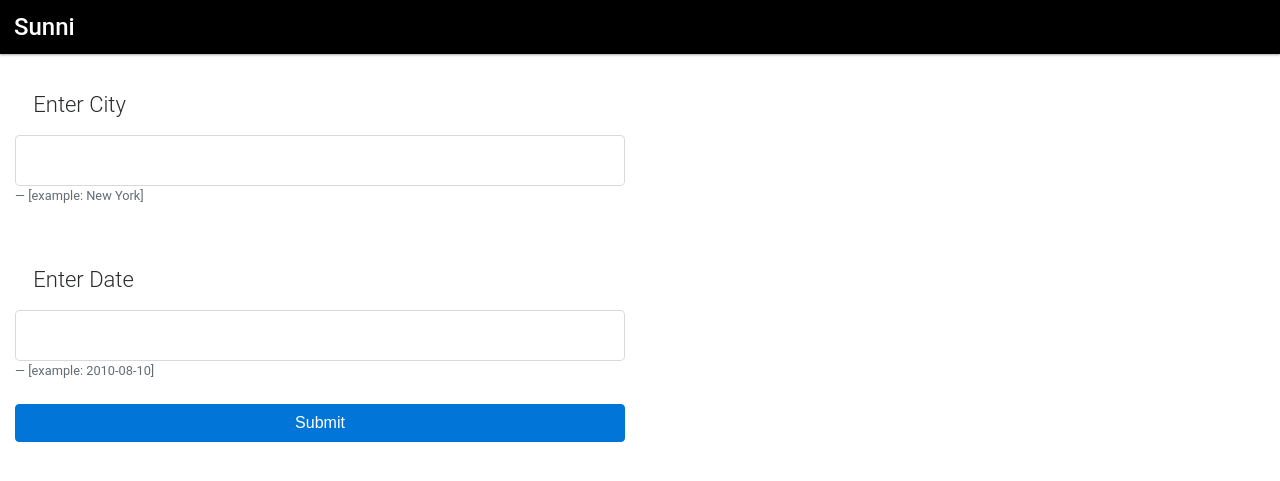
Repository: Oakga/Weather_app
Page: index.html
These files come from the project's save history. The page is drawn as it stood at one moment and after the next save; the edit follows.
The browser window is 1280 px wide. The pictures show the whole page.

Above is the page before, as saved 2017-09-22 06:23:02.
Console error: SyntaxError: Unexpected token 'const'

After the next save:
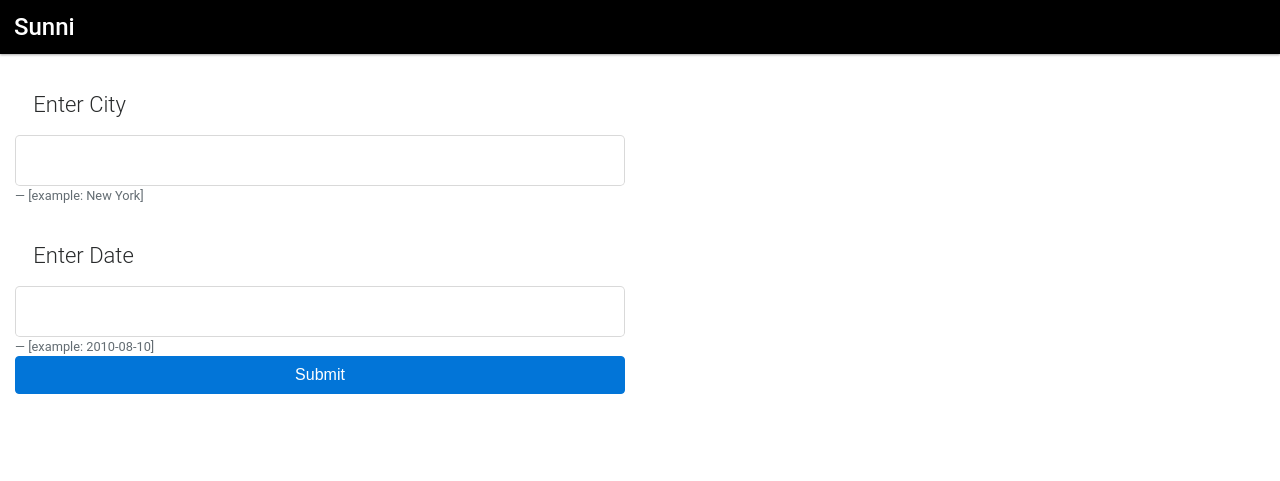
Saved 13 s later.
--- a/index.html
+++ b/index.html
@@ -17,10 +17,8 @@
                 <form id="location-form">
                     <h2>Enter City</h2><input type="text" id="location-input" class="form-control form-control-lg "/>
                     <footer class="blockquote-footer">[example: New York]</footer>
-                    <br>
                     <h2>Enter Date</h2><input type="text" id="date-input" class="form-control form-control-lg "/>
                     <footer class="blockquote-footer">[example: 2010-08-10]</footer>
-                    <br>
                     <button type="submit" class="btn btn-primary btn-block">Submit</button>
                 </form>
                 <div id="formatted-address"></div>
